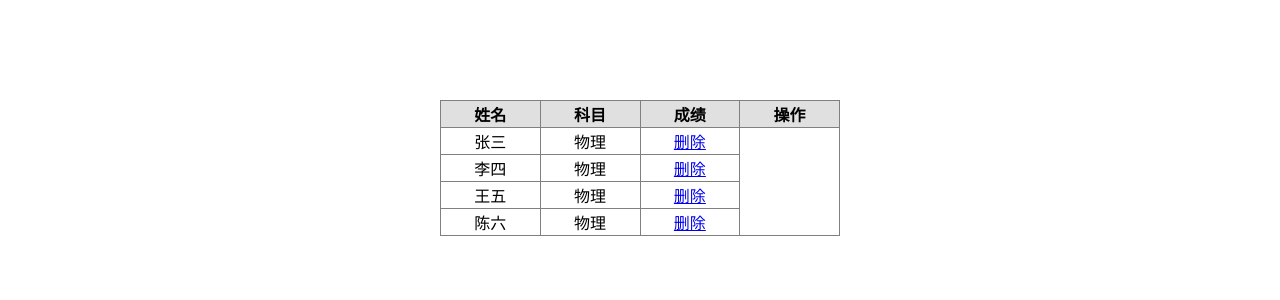
Repository: Sky0258/study
Page: js/10.动态生成表格.html
An editor plug-in stored every save of this project. The page is shown before and after the next save, followed by the edit.
The browser window is 1280 px wide. The pictures show the whole page.

Above is the page before, as saved 2022-09-11 20:32:35.

After the next save:
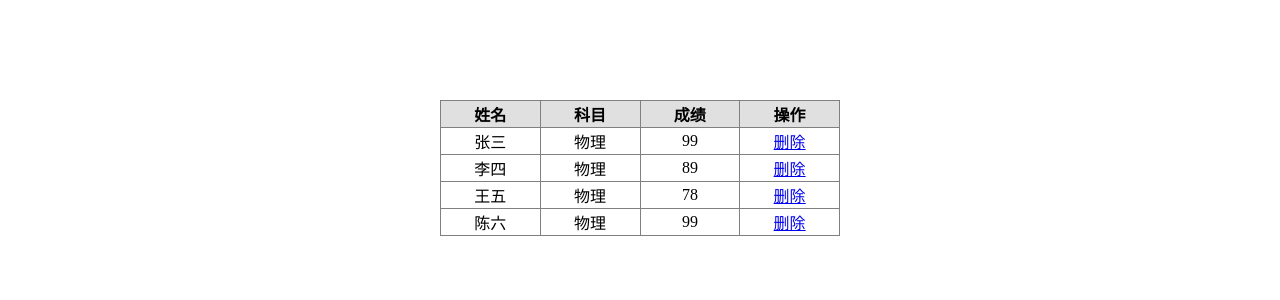
Saved 85 s later.
--- a/js/10.动态生成表格.html
+++ b/js/10.动态生成表格.html
@@ -72,8 +72,8 @@
         }
         // 添加删除操作单元格
         var del = document.createElement('td');
-        td.innerHTML = "<a href='javascript:;'>删除</a>";
-        tr.appendChild(td);
+        del.innerHTML = "<a href='javascript:;'>删除</a>";
+        tr.appendChild(del);
 
         table.children[1].appendChild(tr);
     }
